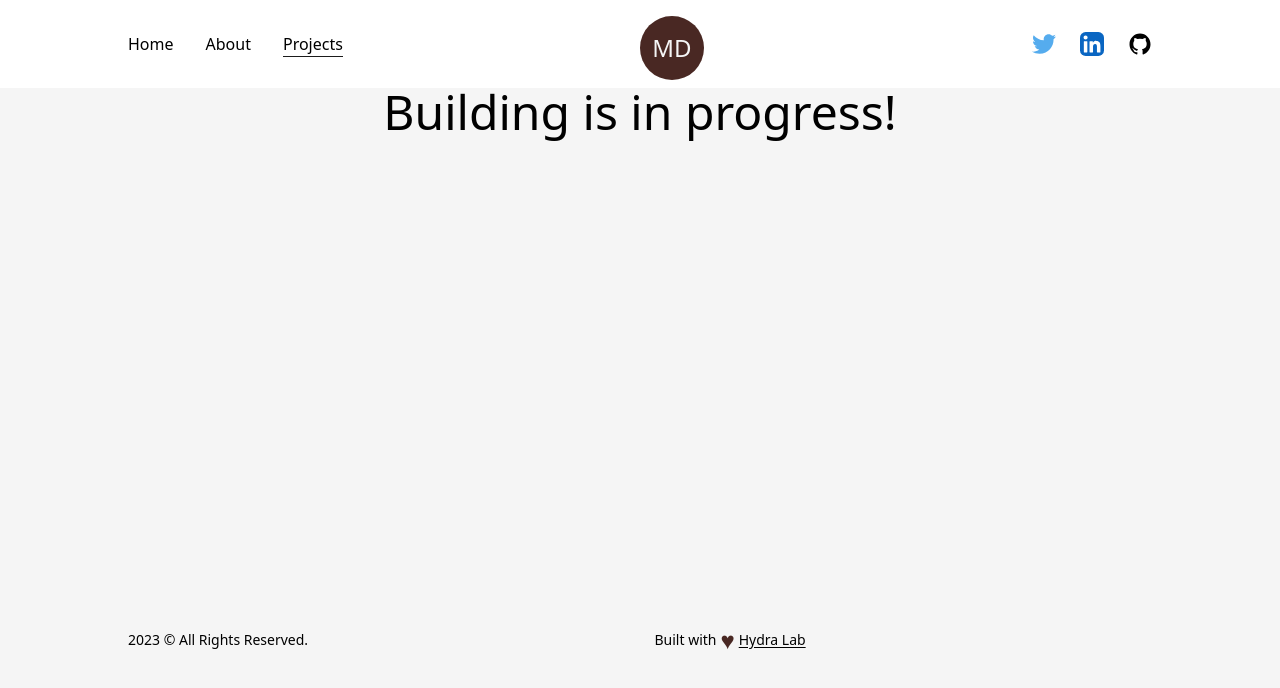
Repository: marcusdashe/situs
Page: /projects
An editor plug-in stored every save of this project. The page is shown before and after the next save, followed by the edit.
The browser window is 1280 px wide. The pictures show the whole page.
The project was rebuilt for these pictures with package versions that can differ from the ones it lists, and the page was loaded fresh each time. The framework's server and built-in components were replaced by stand-ins that run in the browser.

Above is the page before, as saved 2023-07-23 14:29:02.

After the next save:
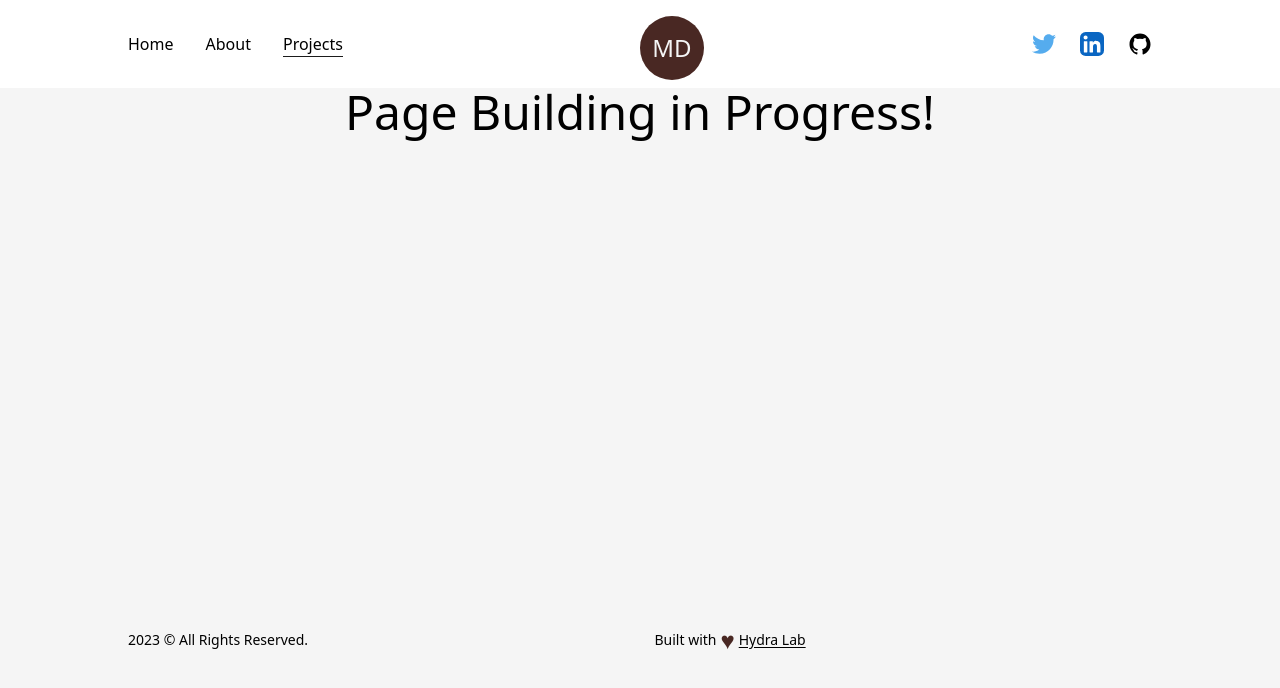
Saved 85 s later.
--- a/src/pages/projects.js
+++ b/src/pages/projects.js
@@ -3,7 +3,7 @@ import React from "react";
 const projects = () => {
   return (
     <div className="text-5xl w-full text-center h-[70vh]">
-      Building is in progress!
+      Page Building in Progress!
     </div>
   );
 };
